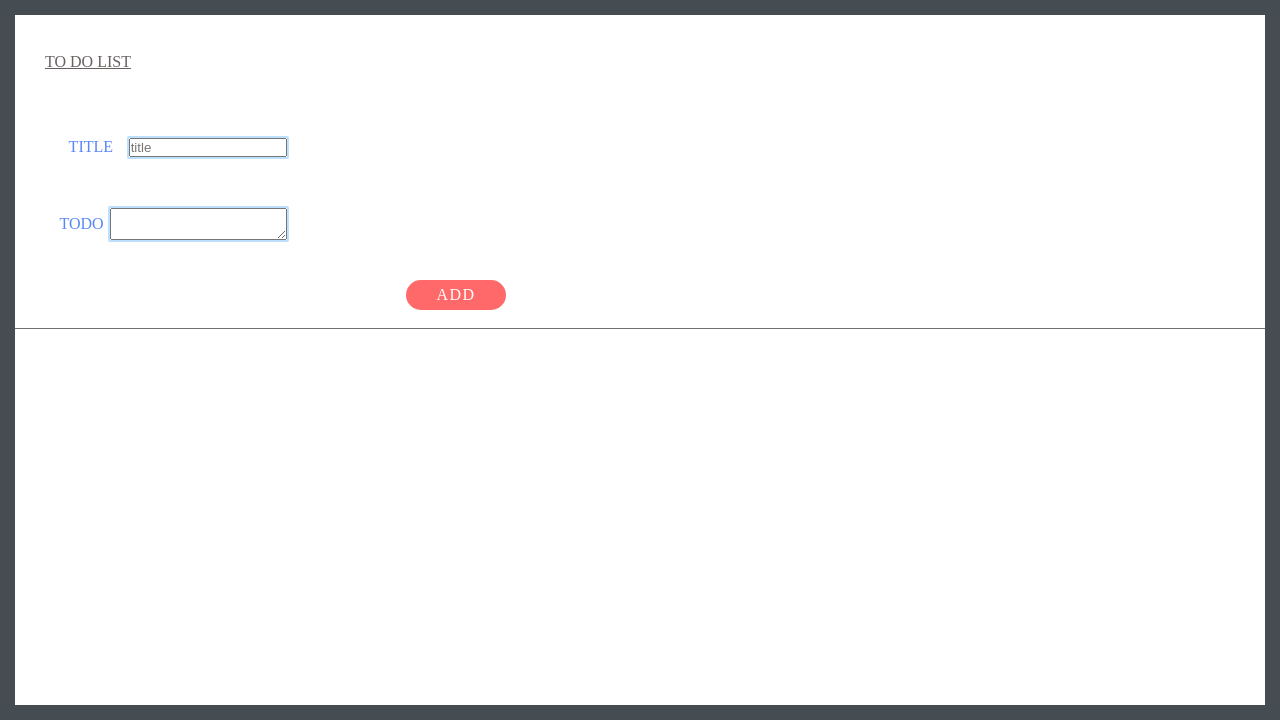
Repository: NagataRyuji0630/shinjin-otameshi
Page: todo_white_board.html
These files come from the project's save history. The page is drawn as it stood at one moment and after the next save; the edit follows.
The browser window is 1280 px wide. The pictures show the whole page.

Above is the page before, as saved 2020-06-11 23:10:17.
Not found: todoWhiteBoard.js

After the next save:
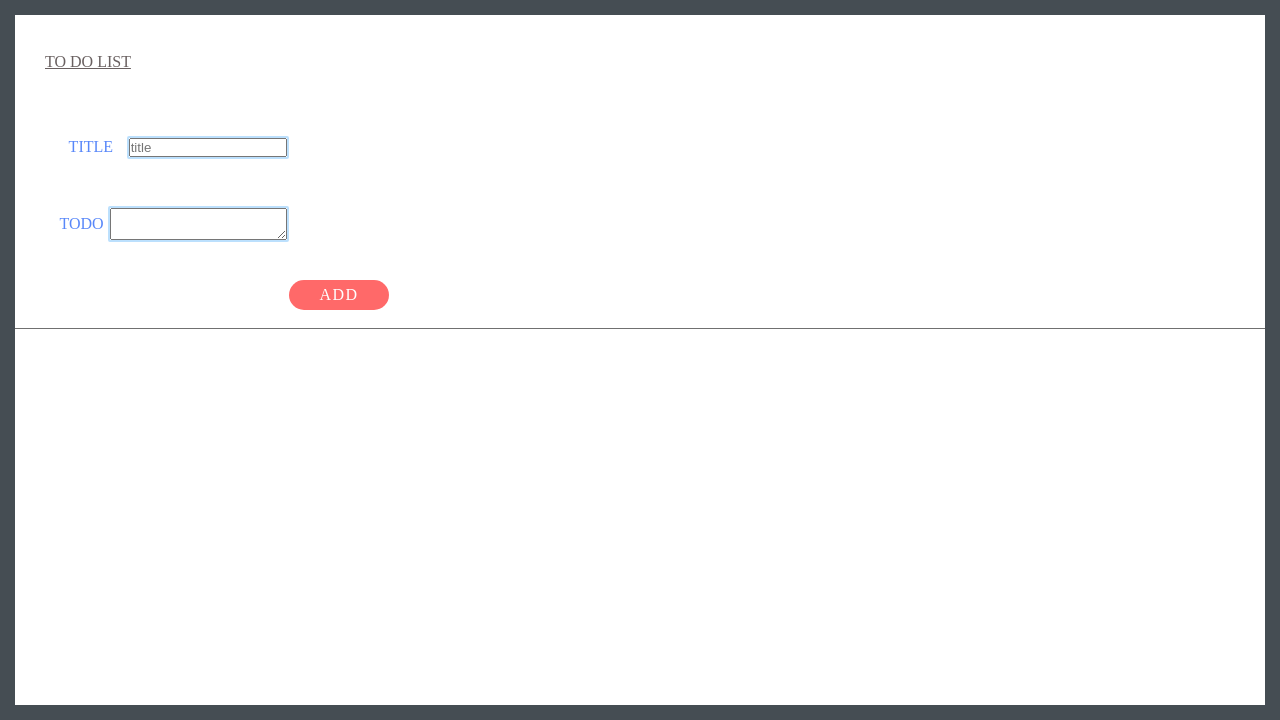
Saved 8 s later.
--- a/todo_white_board.css
+++ b/todo_white_board.css
@@ -112,7 +112,7 @@
 
 #todo_add_btn {
     position: relative;
-    left: 30%
+    left: 20%
 }
 
 .btn_text {
